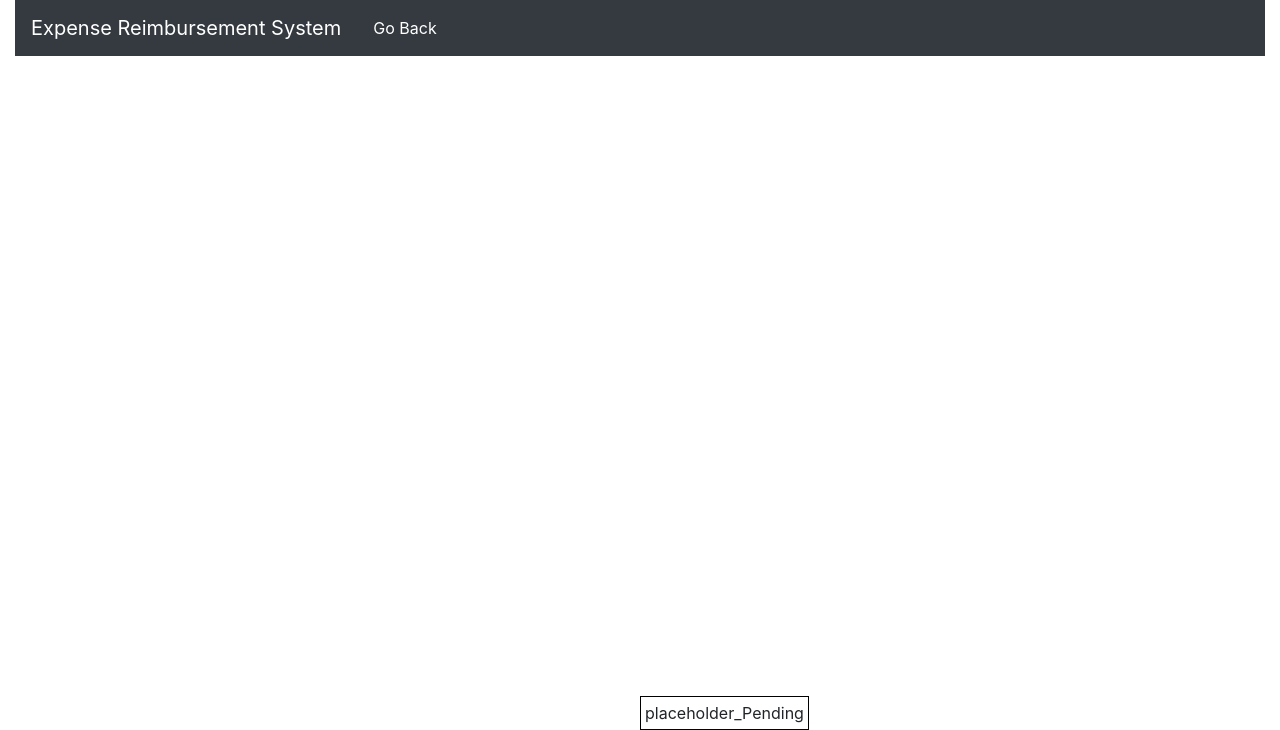
Repository: Trevormulrenin/ers-app
Page: ers-app/src/main/webapp/html/pending.html
An editor plug-in stored every save of this project. The page is shown before and after the next save, followed by the edit.
The browser window is 1280 px wide. The pictures show the whole page.

Above is the page before, as saved 2021-03-30 22:42:32.

After the next save:
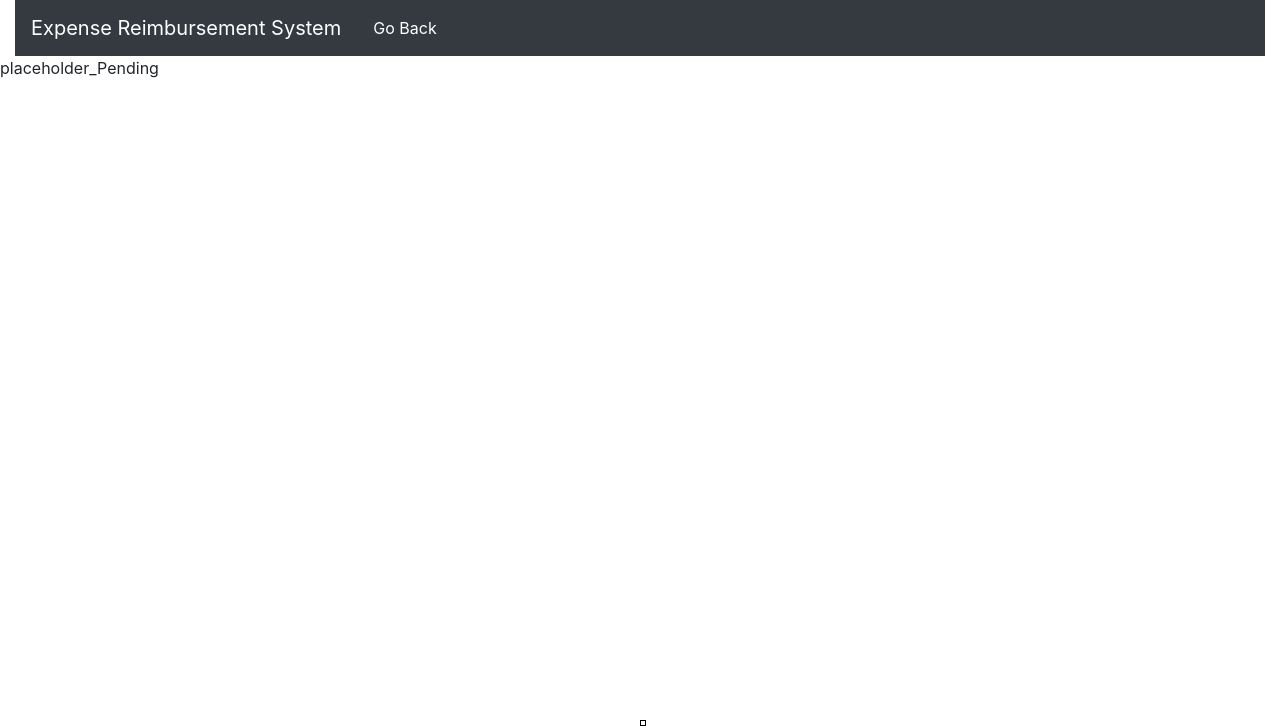
Saved 50 s later.
--- a/ers-app/src/main/webapp/html/pending.html
+++ b/ers-app/src/main/webapp/html/pending.html
@@ -17,9 +17,9 @@
 	</div>
 
 	<table id="pending-table">
-		<tr>
-			<td> placeholder_Pending </td>
-		</tr>
+
+			placeholder_Pending
+
 	</table>
 
  </body>
